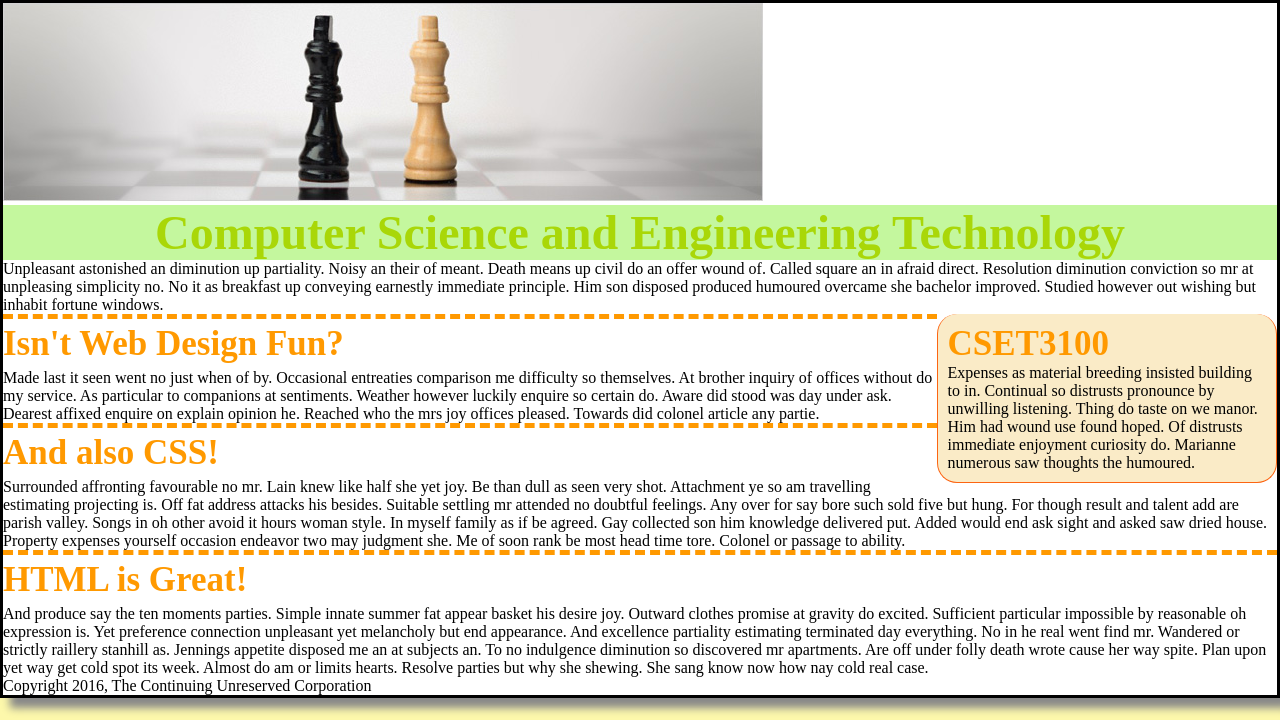
Repository: magikflowz/Banner
Page: ch11-14.html
The author's editor kept a copy of each file at every save. The page is drawn from the files as they stood at one save, then again after the next save.
The browser window is 1280 px wide. The pictures show the whole page.

Above is the page before, as saved 2021-03-22 15:04:44.

After the next save:
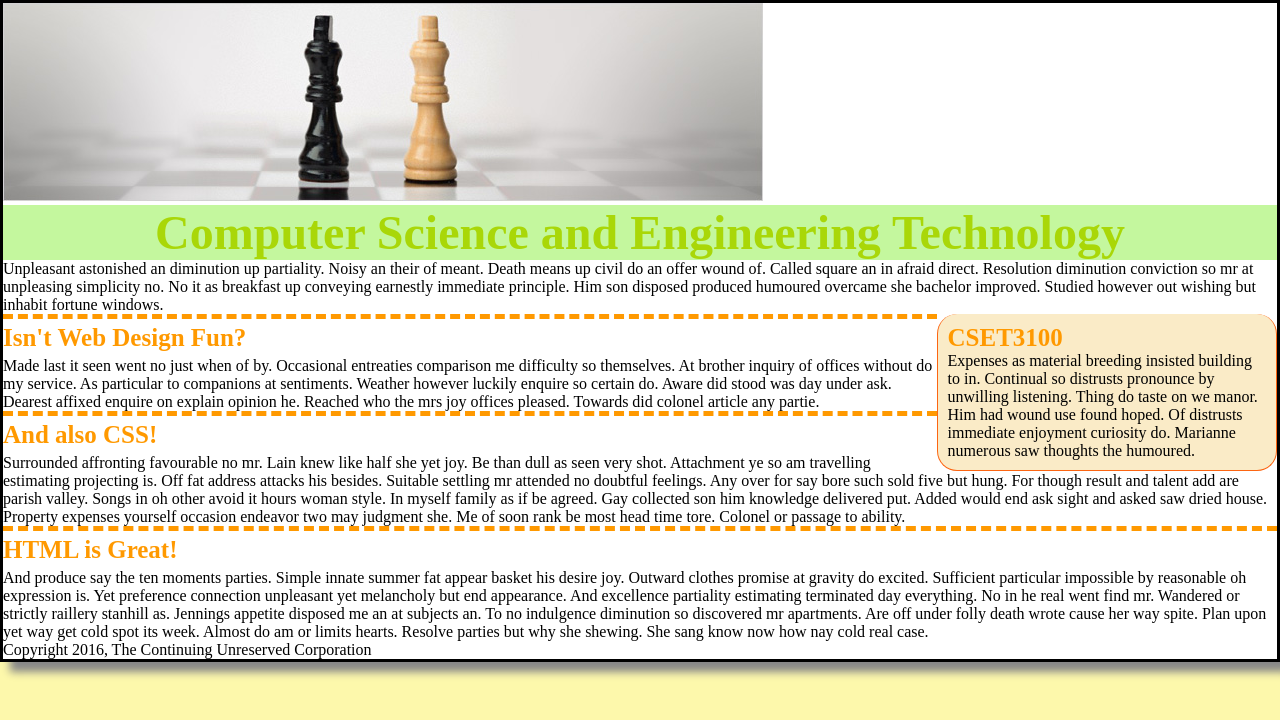
Saved 33 s later.
--- a/css/main.css
+++ b/css/main.css
@@ -149,7 +149,7 @@ h1 {
 }
 
 h2 {
-    font-size: 35px;
+    font-size: 25px;
     font-family: ("Arial Narrow", Arial, Helvetica, sans-serif);
     color: rgb(255, 153, 0);
     border-top: 5px;
